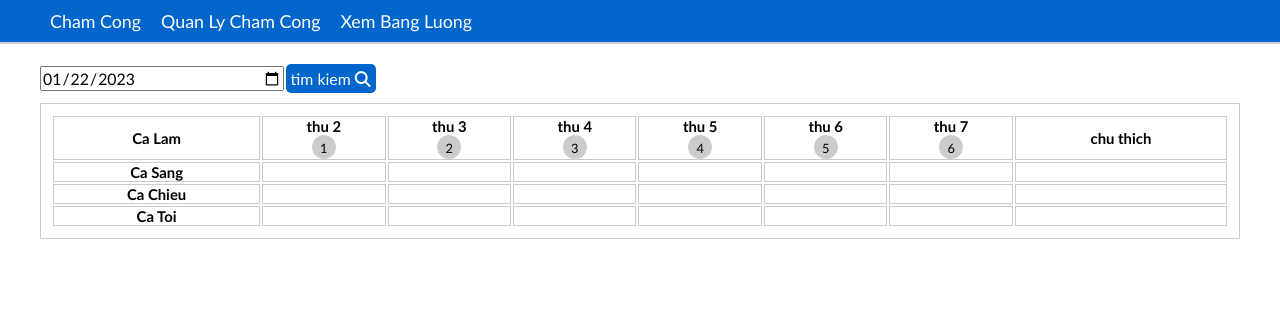
Repository: LDDUNG2003/a
Page: index.html
The author's editor kept a copy of each file at every save. The page is drawn from the files as they stood at one save, then again after the next save.
The browser window is 1280 px wide. The pictures show the whole page.
Some web libraries are served in a nearby version.

Above is the page before, as saved 2023-10-14 20:50:56.

### index.html
<!DOCTYPE html>
<html lang="en">

<head>
    <meta charset="UTF-8">
    <meta name="viewport" content="width=device-width, initial-scale=1.0">
    <title>trang chu</title>
    <link rel="stylesheet" href="./controlView/css/base.css">
    <link rel="stylesheet" href="./controlView/css/index.css">
</head>

<body>
    <div class="main">
        <!-- start header -->
        <header class="app__header">
            <nav class="navBar">
                <ul class="navBar-list">
                    <li class="navBar--items"><a href="" class="navbar--link">Cham cong</a></li>
                    <li class="navBar--items"><a href="" class="navbar--link">Quan ly cham cong</a></li>
                    <li class="navBar--items">
                        <a href="" class="navbar--link">Xem bang luong</a></li>
                </ul>
            </nav>
        </header>
        <!-- end header -->

        <!-- start content -->
        <div class="app__content">
            <div class="content-date--show">
                <div class="date-show">
                    <input value="2023-01-22" min="2018-01-01" max="2025-10-31" type="date" name="" id="" class="dateSearch--input">
                    <button class="search--btn">tim kiem <i class="fa-solid fa-magnifying-glass" style="color: #ffffff;"></i></button>
                </div>
            </div>
            <table class="content-table">
                <tr class="table--row">
                    <th class="table--item-impotain">Ca Lam</th>
                    <th class="table--item">thu 2
                        <span class="table-date--item">1</span>
                    </th>
                    <th class="table--item">thu 3
                        <span class="table-date--item">2</span>
                    </th>
                    <th class="table--item">thu 4
                        <span class="table-date--item">3</span>
                    </th>
                    <th class="table--item">thu 5
                        <span class="table-date--item">4</span>
                    </th>
                    <th class="table--item">thu 6
                        <span class="table-date--item">5</span>
                    </th>
                    <th class="table--item">thu 7
                        <span class="table-date--item">6</span>
                    </th>
                    <th class="table--item">chu thich</th>
                </tr>
                <tr class="table--row">
                    <th class="table--item-impotain">Ca sang</th>
                    <th class="table--item"></th>
                    <th class="table--item"></th>
                    <th class="table--item"></th>
                    <th class="table--item"></th>
                    <th class="table--item"></th>
                    <th class="table--item"></th>
                    <th class="table--item"></th>
                </tr>
                <tr class="table--row">
                    <th class="table--item-impotain">Ca chieu</th>
                    <th class="table--item"></th>
                    <th class="table--item"></th>
                    <th class="table--item"></th>
                    <th class="table--item"></th>
                    <th class="table--item"></th>
                    <th class="table--item"></th>
                    <th class="table--item"></th>
                </tr>
                <tr class="table--row">
                    <th class="table--item-impotain">Ca toi</th>
                    <th class="table--item"></th>
                    <th class="table--item"></th>
                    <th class="table--item"></th>
                    <th class="table--item"></th>
                    <th class="table--item"></th>
                    <th class="table--item"></th>
                    <th class="table--item"></th>
                </tr>
            </table>
        </div>
        <!-- end content -->
    </div>
    <script src="https://kit.fontawesome.com/9ffed7d99e.js" crossorigin="anonymous"></script>
</body>

</html>

### controlView/css/base.css
:root {
    --primary-color: #0066cc;
    --text-color: #040404;
}

* {
    padding: 0px;
    margin: 0px;
    font-family: 'Trebuchet MS', 'Lucida Sans Unicode', 'Lucida Grande', 'Lucida Sans', Arial, sans-serif;
}

html,
body {
    font-size: 0.62rem;
}

.main {}

.app__header {
    color: #fff;
    width: 100%;
    border-bottom: solid 2px #ccc;
    background-color: var(--primary-color);
}

.navBar {
    width: 100%;
    max-width: 1200px;
    margin: auto;
    cursor: pointer;
}

.navBar-list {
    display: flex;
    list-style: none;
    color: #fff;
}

.navBar--items {
    padding: 10px 10px;
    font-size: 1.8rem;
    position: relative;
    text-transform: capitalize;
}

.navBar--items::after {
    content: '';
    padding-top: 5px;
    top: 80%;
    left: 10px;
    display: none;
    /* width: 0px; */
    background-color: var(--primary-color);
    position: absolute;
    width: 70px;
}

.navBar--items:hover .navBar--items::after {
    display: block;
}

.navbar--link {
    text-decoration: none;
    color: inherit;
}

.account-list {
    position: absolute;
    width: 150px;
    display: none;
    list-style: none;
    padding: 4px;
    color: var(--text-color);
    top: 100%;
    left: 0px;
    box-shadow: #414141;
    background-color: white;
}

.navBar--items:hover .account-list {
    display: block;
}

.account--item {
    padding: 5px 0px;
    border-bottom: solid 1px #ccc;
}

### controlView/css/index.css
.app__content {
    padding-top: 20px;
    width: 100%;
    max-width: 1200px;
    margin: auto;
}

.content-table {
    margin-top: 10px;
    padding: 10px;
    width: 100%;
    font-size: 1.5rem;
    border: solid 1px #ccc;
}

.table--item {
    align-items: center;
    border: solid 1px #ccc;
}

.table--item-impotain {
    border: solid 1px #ccc;
    text-transform: capitalize;
}

.table-date--item {
    display: block;
    font-weight: 300;
    background-color: #ccc;
    font-size: 1.3rem;
    width: 14px;
    height: 14px;
    padding: 5px;
    border-radius: 50%;
    margin: auto;
}

.dateSearch--input {
    font-size: 1.6rem;
    width: 240px;
}

.search--btn {
    color: #fff;
    font-size: 1.6rem;
    background-color: var(--primary-color);
    padding: 5px;
    border: none !important;
    border-radius: 5px;
}

After the next save:
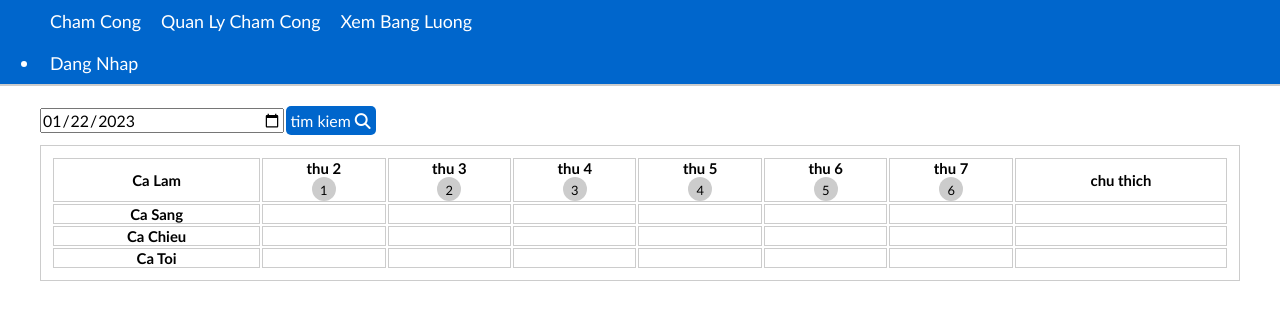
Saved 15 s later.
--- a/index.html
+++ b/index.html
@@ -19,6 +19,29 @@
                     <li class="navBar--items"><a href="" class="navbar--link">Quan ly cham cong</a></li>
                     <li class="navBar--items">
                         <a href="" class="navbar--link">Xem bang luong</a></li>
+                </ul>
+                <ul class="navBar-list--login">
+                    <!-- login  -->
+                    <li class="navBar--items">
+                        <a href="./login.html" class="navbar--link">dang nhap</a></li>
+                    <!-- admin menu -->
+                    <!-- <li class="navBar--items">
+                        admin
+                        <ul class="account-list">
+                            <li class="account--item"><a href="" class="navbar--link">admin</a></li>
+                            <li class="account--item"><a href="" class="navbar--link">quan li nhan su</a></li>
+                            <li class="account--item"><a href="" class="navbar--link">dang xuat</a></li>
+                        </ul>
+                    </li> -->
+                    <!-- personnel menu -->
+                    <!-- <li class="navBar--items">
+                        account name
+                        <ul class="account-list">
+                            <li class="account--item"><a href="" class="navbar--link">cai dat tai khoan</a></li>
+                            <li class="account--item"><a href="" class="navbar--link">dang ki ca lam</a></li>
+                            <li class="account--item"><a href="" class="navbar--link">dang xuat</a></li>
+                        </ul>
+                    </li> -->
                 </ul>
             </nav>
         </header>
